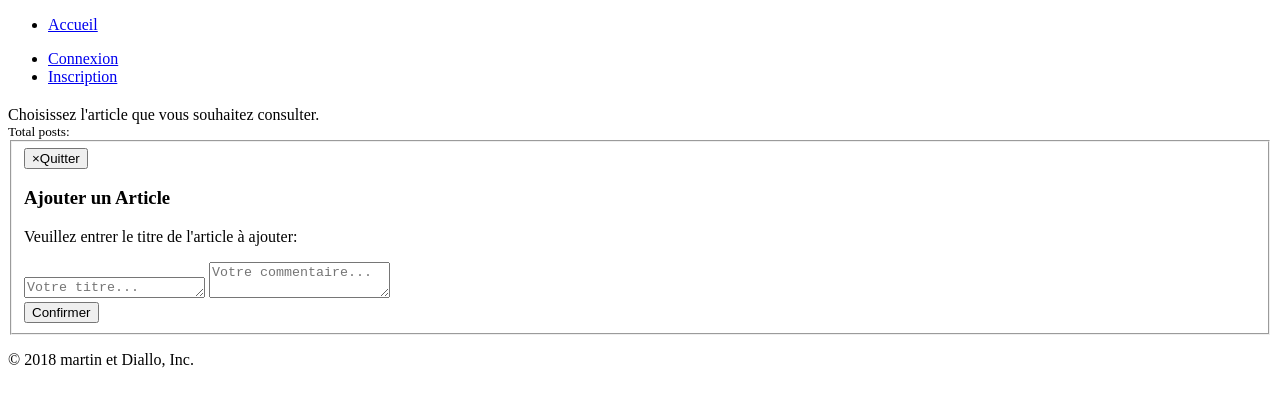
Repository: KAMGO/ProjetJEE2017
Page: http://localhost/donation/VUE/AfficleListArticle.jsp
The author's editor kept a copy of each file at every save. The page is drawn from the files as they stood at one save, then again after the next save.
The browser window is 1280 px wide. The pictures show the whole page.
The page is served by Tomcat 9. Other server files are loaded and not shown. The template is opened directly, without the code that normally fills it, so the values that code supplies are empty.

Above is the page before, as saved 2018-08-15 14:27:27.

### donation/WebContent/VUE/AfficleListArticle.jsp
<%@ page language="java" contentType="text/html; charset=ISO-8859-1"
    pageEncoding="ISO-8859-1"%>
    <%@ taglib uri="http://java.sun.com/jsp/jstl/core" prefix="c"%>
<!DOCTYPE html PUBLIC "-//W3C//DTD HTML 4.01 Transitional//EN" "http://www.w3.org/TR/html4/loose.dtd">
<html>
<head>
<meta http-equiv="Content-Type" content="text/html; charset=ISO-8859-1">
<title>Insert title here</title>
</head>
<body>
<%@ include file="menu.jsp" %>
	<div class="jumbotron" id="subject">
		<div class="container">
			<!-- row -->
			<div class="row">
				<!-- col-lg-12 -->
				<div class="col-lg-12">
					<!-- wrapper wrapper-content animated fadeInRight -->
					<div class="wrapper wrapper-content animated fadeInRight">
						<!-- ibox-content m-b-sm border-bottom -->
						<div class="ibox-content m-b-sm border-bottom">
							<div class="p-xs">
								<div class="pull-left m-r-md">
									<i class="fa fa-globe text-navy mid-icon"></i>
								</div>
								<h2 id="nom-sous-categorie"></h2>
								<span>Choisissez l'article que vous souhaitez consulter.</span>
							</div>
						</div>

						<div class="ibox-content forum-container">
							<div class="forum-title" id="total-sub-categorie">
								<div class="pull-right forum-desc">
									<!--  count du nombre de sujet dans cette sous cat -->
									<small>Total posts: ${listeArticles.size()}</small>

									<!-- Seul une personne connectée peut ajouter un sujet -->
									<c:if test="${not empty utilisateur}">
										<a id="add-Article" class=" launch-modal" href="#"
											data-modal-id="modal-article">Nouveau <i
											class="fa fa-plus-square-o fa-2x"></i>
										</a>
									</c:if>
								</div>
							</div>

							<c:forEach items="${listeArticles}" var="article">
								<div class="don-item active" id="elem-article">
									<div class="row">
										<div class="col-md-9">
											<div class="don-icon">
												<input type="hidden" id="sous-categorie-hidden"
													value="${article.getSousCategorie().getTitre()}">
											</div>
											<!-- titre de article avec un href -->
											<a
												href="${context}/afficheCommentaire?nomArticle=${article.getTitre()}&nomSousCategorie=${article.getSousCategorie().getTitre()}&pseudoDonateur=${article.getUtilisateur().getPseudo()}&dateArticle=${article.getDateArticle()}"
												id="titre-article" class="don-item-title"
												title="${article.getTitre()}">${article.getTitre()}</a>

											<div id="description-sujet" class="don-sub-title">Si
												cet Article t'intéresse, cliquez dessus!.</div>
										</div>
										<div id="description-donateur-article">
											<div class="col-md-1 don-info">
												<span class="views-number">    .    </span>
												<div>
													<small>   .   </small>
												</div>
											</div>
											<div class="col-md-1 don-info">
												<span class="views-number">${article.getDateArticle()}</span>
											</div>
											<div class="col-md-1 don-info">
												<span class="views-number">${article.getUtilisateur().getPseudo()}</span>
												<div>
													<small>donateur</small>
												</div>
											</div>
										</div>
									</div>
								</div>
							</c:forEach>
						</div>
					</div>
					<!-- wrapper wrapper-content animated fadeInRight -->
				</div>
				<!-- col-lg-12 -->
			</div>
			<!-- row -->
		</div>
	</div>
	<fieldset>
			<div class="modal fade" id="modal-subject" tabindex="-1" role="dialog"
			aria-labelledby="modal-subject-label" aria-hidden="true">
			<div class="modal-dialog">
				<div class="modal-content">
					<div class="modal-header">
						<button type="button" class="close" data-dismiss="modal">
							<span aria-hidden="true">&times;</span><span class="sr-only">Quitter</span>
						</button>
						<h3 class="modal-title" id="modal-subject-label">Ajouter un
							Article</h3>
						<p>Veuillez entrer le titre de l'article à ajouter:</p>
					</div>

					<div class="modal-body">
						<form role="form" action="${context}/ajouterArticle" method="POST"
							class="subject-form">
							<div class="form-group">
								<input type="hidden" name="form-hidden-souscat"
									id="form-hidden-souscat"></input> <label class="sr-only"
									for="form-comment" id="form-souscat"></label>
								<textarea name="form-subject-title" placeholder="Votre titre..."
									class="form-subject form-control" id="form-subject-title"
									rows="1"></textarea>
								<textarea name="form-subject-comment"
									placeholder="Votre commentaire..."
									class="form-subject form-control" id="form-subject-comment"></textarea>
							</div>
							<button type="submit" class="btn1">Confirmer</button>
						</form>
					</div>
				</div>
			</div>
		</div>
	</fieldset>
<%@ include file="Footer.jsp" %>
</body>
</html>

### donation/WebContent/VUE/menu.jsp
<div class="navbar navbar-inverse navbar-fixed-top">
    <div class="container">
        <div class="navbar-collapse collapse">
            <ul class="nav navbar-nav">
            	<li><a href="/donation/VUE/Accueil">Accueil</a></li>
            	<c:if test="${!empty sessionScope.utilisateur}">
            		<!-- grâce à cet import, je récupère les listes pour afficher la navbar -->
				<c:import url="/affichercategories" />
				<c:set var="context" value="${pageContext.request.contextPath}"/>
				<ul class="nav navbar-nav">
				<c:forEach items="${listCategorie}" var="categorie">
					<li><a
						href="${context}/affichersouscategories?nomCategorie=${categorie.getTitre()}">${categorie.getTitre()}</a></li>
				</c:forEach>
				</ul>
                </c:if>
            </ul>
			<!-- si l'utilisateur est deja connecte cette partie est cachee-->
            <ul class="nav navbar-nav navbar-right">
            	<c:if test="${empty sessionScope.utilisateur}">
            	<li><a href="/donation/VUE/Connexion.jsp"><span class="glyphicon glyphicon-log-in"></span>Connexion</a></li>
               	<li><a href="/donation/VUE/inscription.jsp"><span class="glyphicon glyphicon-user"></span>Inscription</a></li>
    	        </c:if>
    	        <c:if test="${!empty sessionScope.utilisateur}">
	           	<li><a href="/donation/VUE/Deconnexion"><span class="glyphicon glyphicon-log-out"></span>Deconnexion</a></li>
	           	</c:if>
            </ul>

        </div>
    </div>
</div>

### donation/WebContent/VUE/Footer.jsp
<footer id="footer">
	<p>&copy; 2018 martin et Diallo, Inc.</p>
</footer>

After the next save:
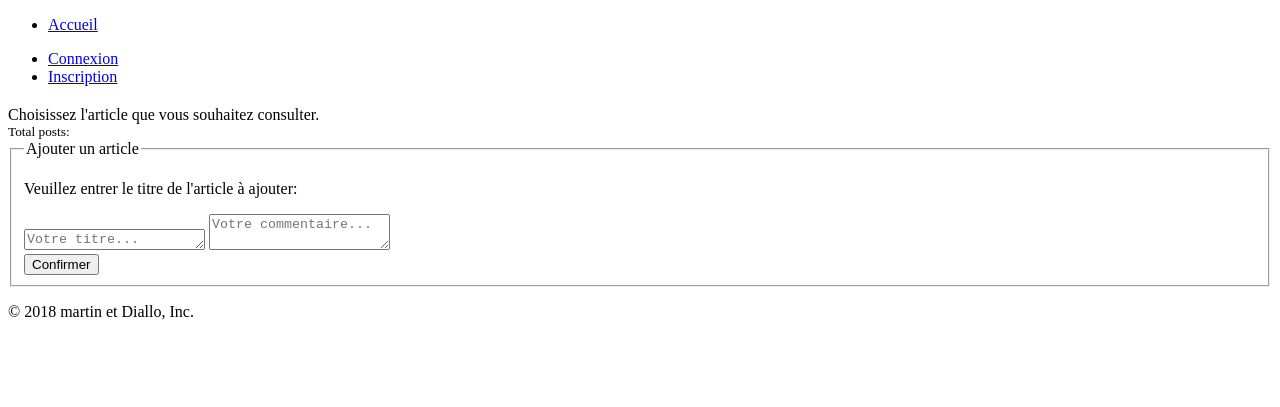
Saved 62 min 25 s later.
--- a/donation/WebContent/VUE/AfficleListArticle.jsp
+++ b/donation/WebContent/VUE/AfficleListArticle.jsp
@@ -91,16 +91,12 @@
 		</div>
 	</div>
 	<fieldset>
+	<legend>Ajouter un article</legend>
 			<div class="modal fade" id="modal-subject" tabindex="-1" role="dialog"
 			aria-labelledby="modal-subject-label" aria-hidden="true">
 			<div class="modal-dialog">
 				<div class="modal-content">
 					<div class="modal-header">
-						<button type="button" class="close" data-dismiss="modal">
-							<span aria-hidden="true">&times;</span><span class="sr-only">Quitter</span>
-						</button>
-						<h3 class="modal-title" id="modal-subject-label">Ajouter un
-							Article</h3>
 						<p>Veuillez entrer le titre de l'article à ajouter:</p>
 					</div>
 
